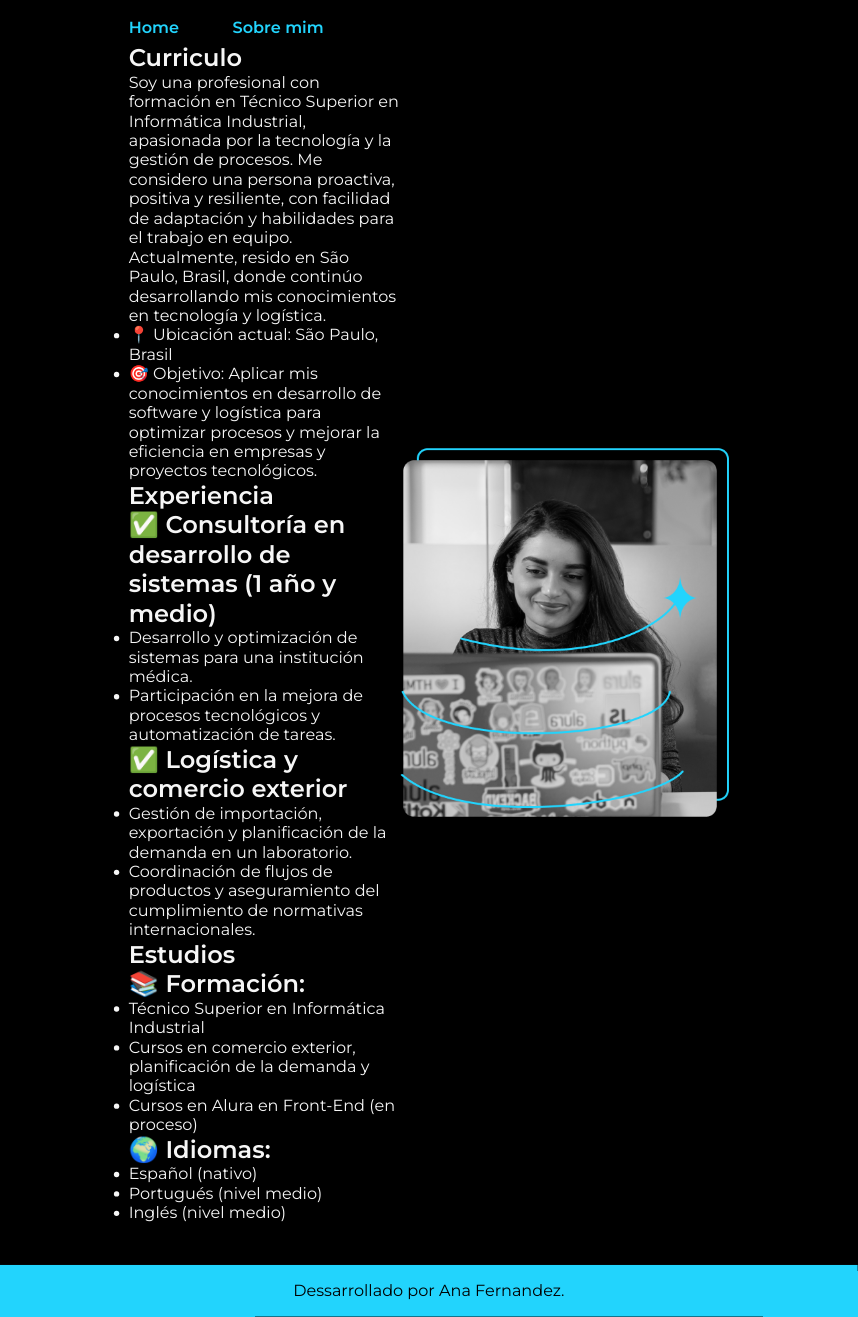
Repository: AnaFzCz/Portifolio-HTML-CSS-dinamico
Page: about.html
These files come from the project's save history. The page is drawn as it stood at one moment and after the next save; the edit follows.
The browser window is 1280 px wide. The pictures show the whole page, at 67% of full size.
Some web fonts or font styles are not loaded; a fallback is used.

Above is the page before, as saved 2025-02-10 10:14:11.

After the next save:
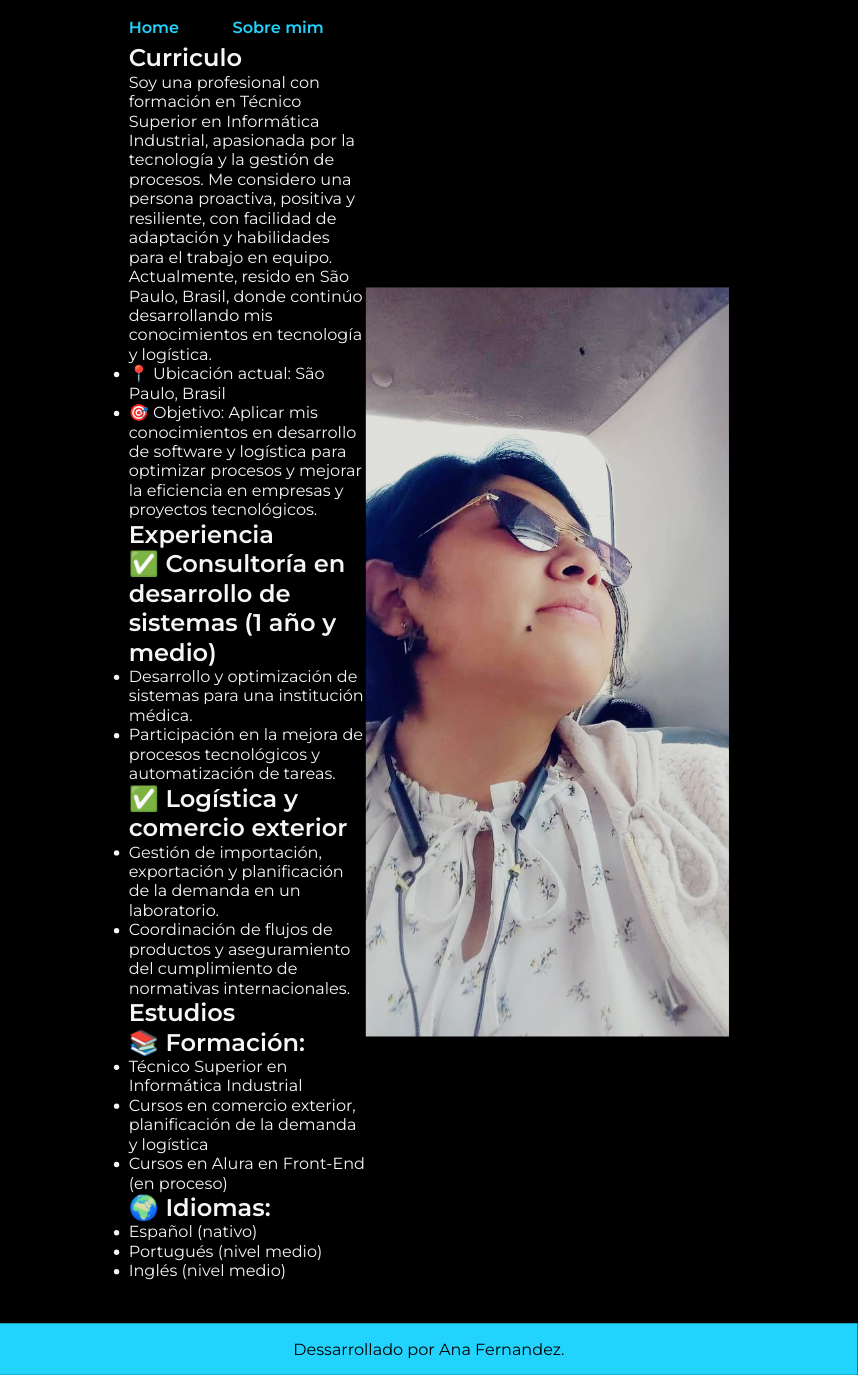
Saved 3 min 0 s later.
--- a/about.html
+++ b/about.html
@@ -68,7 +68,7 @@
                 <li> Inglés (nivel medio)</li>
             </ul>
         </section>
-        <img src="/assets/Imagem.png" alt="Foto da Joana Santos programando">
+        <img src="/assets/Imagen-Ana.jpg" alt="Foto da Ana">
     </main>
     <footer class="rodape">
         <p>
